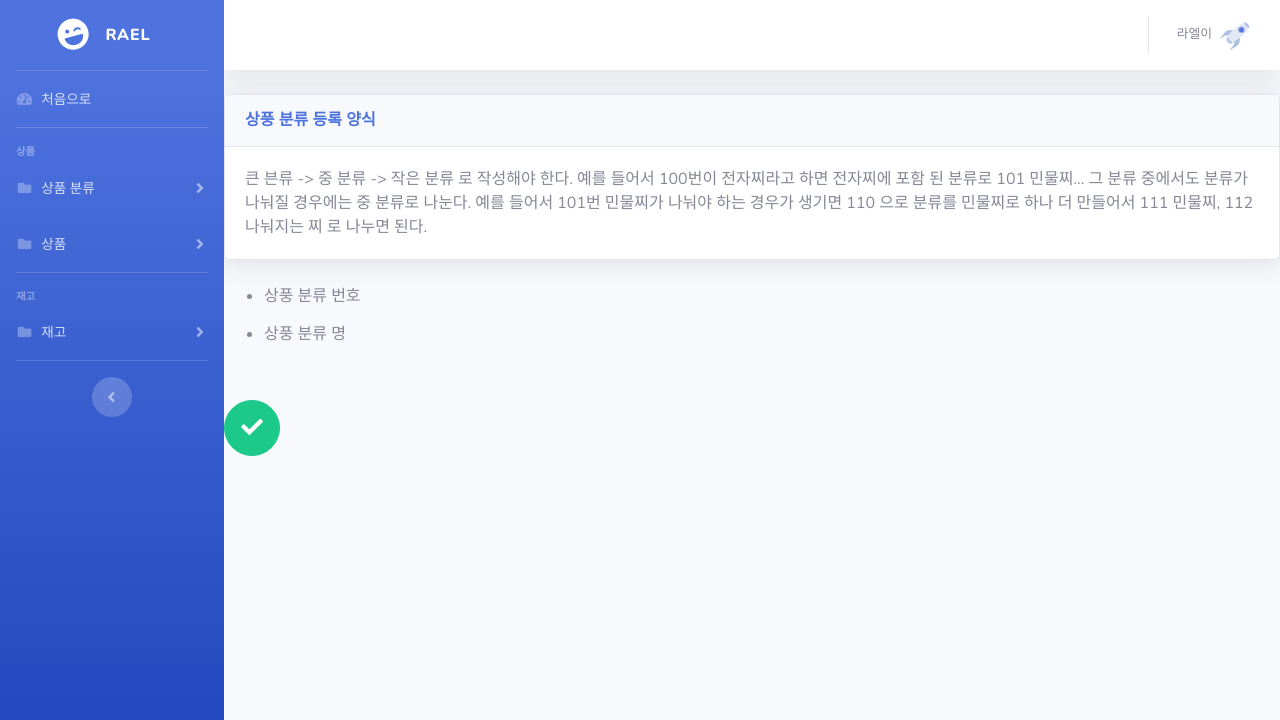
Repository: sww232/springRaelProject
Page: http://localhost/rael/WEB-INF/views/product/category_insert.jsp
The author's editor kept a copy of each file at every save. The page is drawn from the files as they stood at one save, then again after the next save.
The browser window is 1280 px wide. The pictures show the whole page.
The page is served by Tomcat 9. Nobody is signed in. The template is opened directly, without the code that normally fills it, so the values that code supplies are empty.

Above is the page before, as saved 2022-10-06 18:36:44.

After the next save:
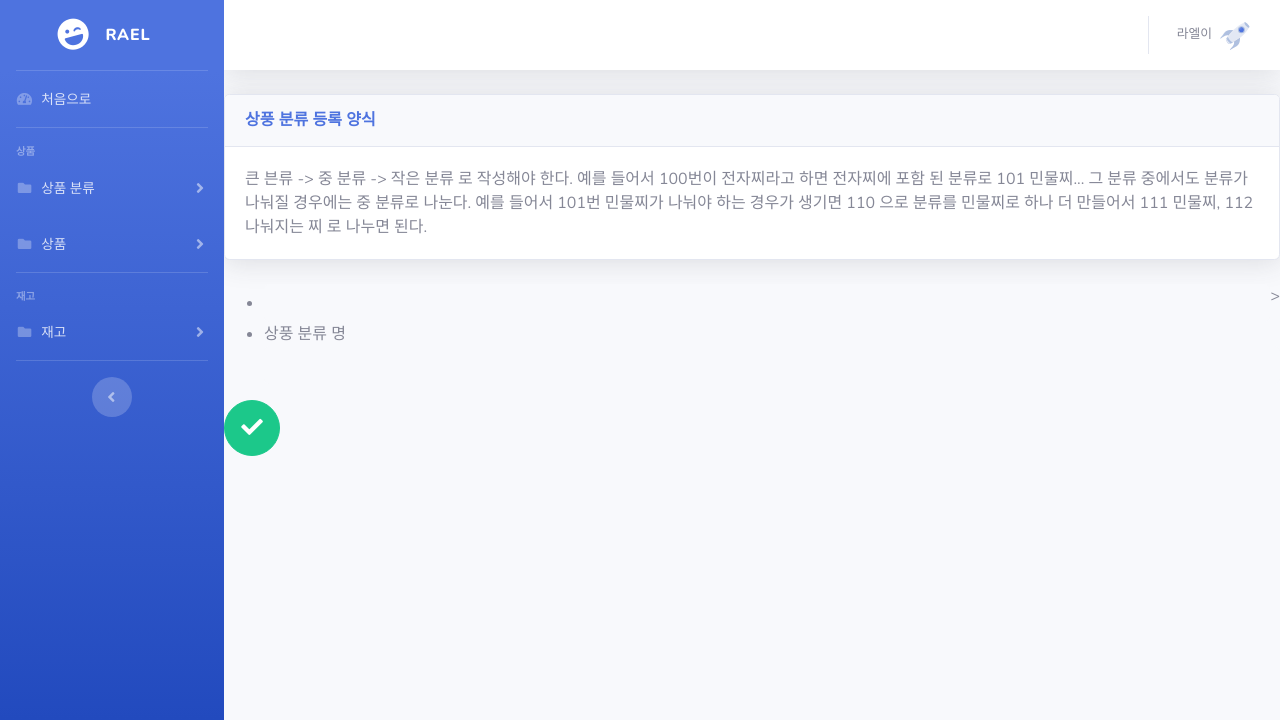
Saved 45 s later.
--- a/raelproject3/rael/src/main/webapp/WEB-INF/views/product/category_insert.jsp
+++ b/raelproject3/rael/src/main/webapp/WEB-INF/views/product/category_insert.jsp
@@ -335,8 +335,7 @@
 				<ul>
 					<li>
 						<div class="input-group">
-							<lable for="productcategory num"> 상풍 분류 번호 </lable>
-							<input type="text" class="form-control bg-light border-0 small" name="productcategory num">
+							<input type="text" class="form-control bg-light border-0 small" name="productcategory num"aria-label="상품 분류 번호" aria-describedby="basic-addon2">>
 						</div>
 					</li>
 					<li>
